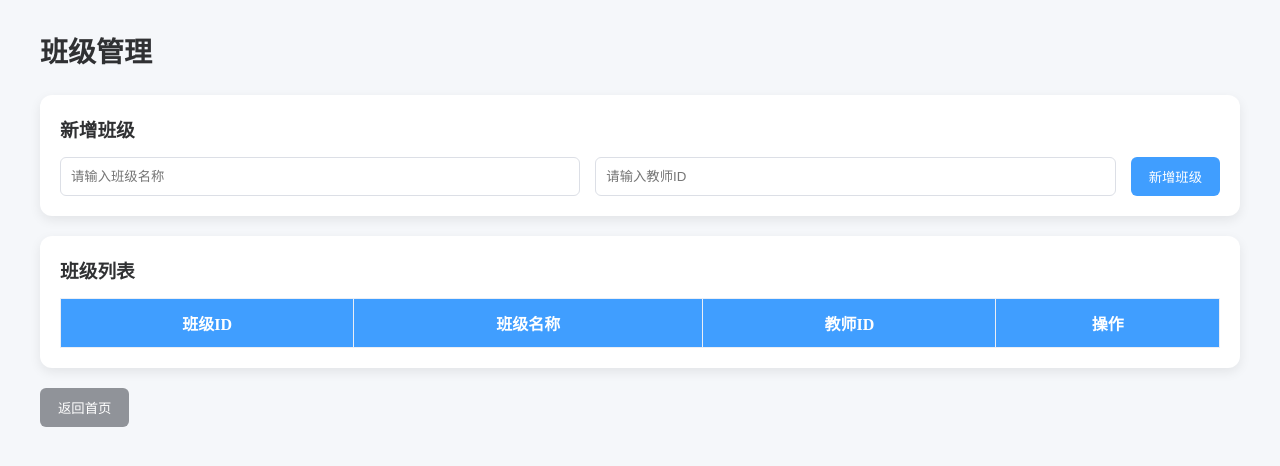
Repository: Nikawali/StudentManage
Page: src/main/webapp/class.html
These files come from the project's save history. The page is drawn as it stood at one moment and after the next save; the edit follows.
The browser window is 1280 px wide. The pictures show the whole page.
The page's requests for data from a server got no answer.

Above is the page before, as saved 2026-06-08 13:06:15.

After the next save:
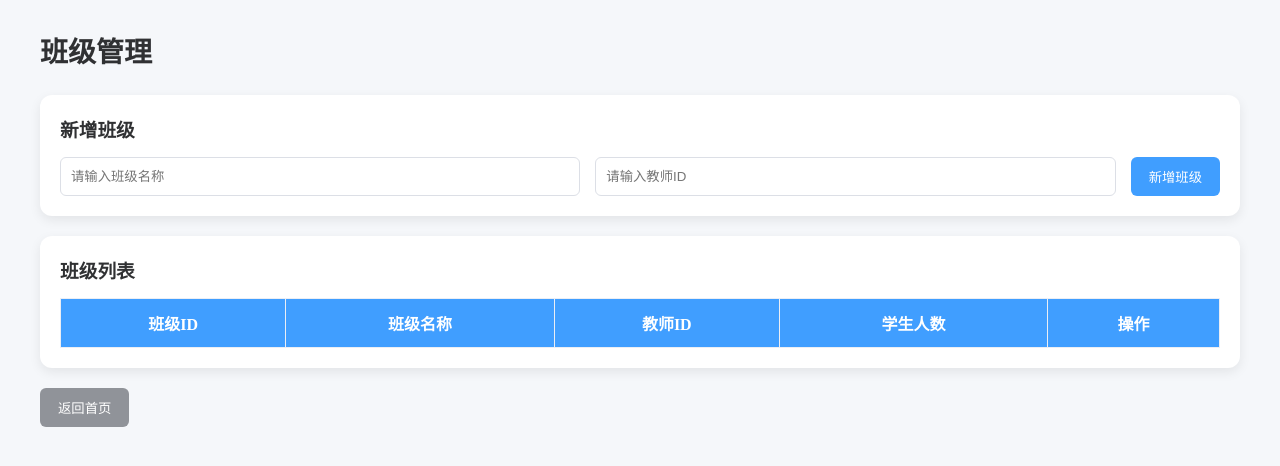
Saved 2 min 2 s later.
--- a/src/main/webapp/class.html
+++ b/src/main/webapp/class.html
@@ -275,15 +275,17 @@ tbody tr:hover{
 
             <tr>
 
-                <th>班级ID</th>
-
-                <th>班级名称</th>
-
-                <th>教师ID</th>
-
-                <th>操作</th>
-
-            </tr>
+    <th>班级ID</th>
+
+    <th>班级名称</th>
+
+    <th>教师ID</th>
+
+    <th>学生人数</th>
+
+    <th>操作</th>
+
+</tr>
 
             </thead>
 
